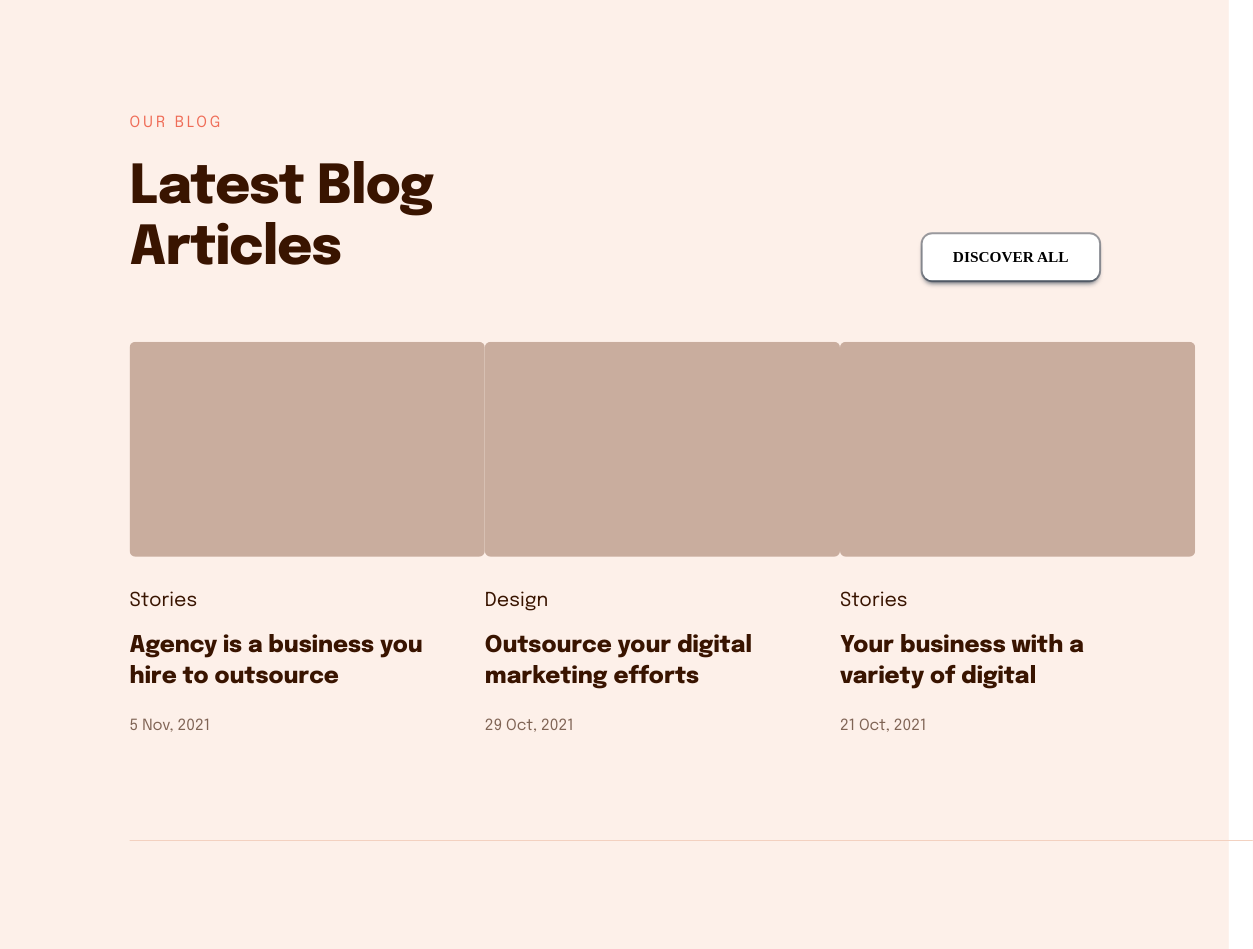
Repository: AytacJafarova/blog
Page: index.html
An editor plug-in stored every save of this project. The page is shown before and after the next save, followed by the edit.
The browser window is 1280 px wide. The page is 1305 px wide, so the pictures cover 1305 px, including what lies to the right of the window. The pictures show the whole page, at 96% of full size.

Above is the page before, as saved 2023-08-03 13:52:50.

### index.html
<!DOCTYPE html>
<html lang="en">

<head>
    <meta charset="UTF-8">
    <meta name="viewport" content="width=device-width, initial-scale=1.0">
    <title>Document</title>
    <link rel="stylesheet" href="./index.css">
</head>
<body>
    <div class="container">
        <div class="blog">
            <div class="box1">
                <h1>Our Blog</h1>
                <h2>Latest Blog Articles</h2>
            </div>
            <div class="box2">
                <div class="button">
                    <!-- <img src="./images/Portfolio_Responsive_Template_from_Laaqiq (Copy).zip" alt=""> -->
                    <a href="#" class="button">DISCOVER ALL</a>
                </div>
            </div>
        </div>
        <div class="about-us">
            <div class="stories">
                <img src="./images/overlay.svg" alt="">
                <h1>Stories</h1>
                <p>Agency is a business you hire to outsource</p>
                <p class="nov-5">5 Nov, 2021</p>
            </div>
            <div class="design">
                <img src="./images/overlay.svg" alt="">
                <h1>Design</h1>
                <p>Outsource your digital marketing efforts</p>
                <p class="nov-5">29 Oct, 2021</p>
            </div>
            <div class="marketing">
                <img src="./images/overlay.svg" alt="">
                <h1>Stories</h1>
                <p>Your business with a variety of digital</p>
                <p class="nov-5">21 Oct, 2021</p>
            </div>
        </div>
        <div class="border"></div>

    </div>
</body>

</html>

### index.css
@import url('https://fonts.googleapis.com/css2?family=Epilogue:wght@400;800&display=swap');
* {
    padding: 0;
    margin: 0;
    box-sizing: border-box;
}

.container {
    padding: 112px 135px 113px 135px;
    background: #FDF0E9;
}

.blog {
    display: flex;
    justify-content: space-between;
}

.blog .box1 {
    width: 500px;
}

.blog .box1 h1 {
    color: var(--text-dark-accent, #EF6D58);
    font-feature-settings: 'clig' off, 'liga' off;
    font-family: Epilogue;
    font-size: 16px;
    font-style: normal;
    font-weight: 400;
    line-height: 32px;
    letter-spacing: 3px;
    text-transform: uppercase;
}

.blog .box1 h2 {
    color: var(--text-dark, #391400);
    font-feature-settings: 'clig' off, 'liga' off;
    font-family: Epilogue;
    font-size: 56px;
    font-style: normal;
    font-weight: 800;
    line-height: 64px;
    letter-spacing: -1px;
    margin-top: 20px;
}

.blog .box2 {
    margin-top: auto;
}

.blog .box2 .button a {
    background-color: white;
    border: none;
    border-radius: 10px;
    color: black;
    padding: 15px 32px;
    text-align: center;
    text-decoration: none;
    display: inline-block;
    font-size: 16px;
    font-weight: bold;
    box-shadow: rgba(6, 24, 44, 0.4) 0px 0px 0px 2px, rgba(6, 24, 44, 0.65) 0px 4px 6px -1px, rgba(255, 255, 255, 0.08) 0px 1px 0px inset;
}

.about-us {
    margin-top: 64px;
    display: flex;
    justify-content: space-between;
}

.about-us img {
    width: 370px;
    height: 224px;
    flex-shrink: 0;
    border-radius: 6px;
    opacity: 0.3181;
    background: #5C2000;
}

.about-us h1 {
    color: var(--text-dark, #391400);
    font-feature-settings: 'clig' off, 'liga' off;
    font-family: Epilogue;
    font-size: 20px;
    font-style: normal;
    font-weight: 400;
    line-height: 32px;
    margin-top: 26px;
}

.about-us p {
    width: 338px;
    height: 68px;
    flex-shrink: 0;
    color: var(--text-dark, #391400);
    font-feature-settings: 'clig' off, 'liga' off;
    font-family: Epilogue;
    font-size: 24px;
    font-style: normal;
    font-weight: 700;
    line-height: 32px;
    margin-top: 15px;
}

.about-us .nov-5 {
    color: var(--text-dark-gray, rgba(57, 20, 0, 0.64));
    font-feature-settings: 'clig' off, 'liga' off;
    font-family: Epilogue;
    font-size: 16px;
    font-style: normal;
    font-weight: 400;
    line-height: 32px;
    margin-top: 15px;
}

.container .border {
    width: 1170px;
    height: 1px;
    flex-shrink: 0;
    background: #F3D1BF;
    margin-top: 67px;
}

.email {
    display: flex;
    margin-top: 60px;
}

.email .h1-box h1 {
    color: var(--text-dark, #391400);
    font-feature-settings: 'clig' off, 'liga' off;
    font-family: Epilogue;
    font-size: 40px;
    font-style: normal;
    font-weight: 800;
    line-height: 48px;
}

After the next save:
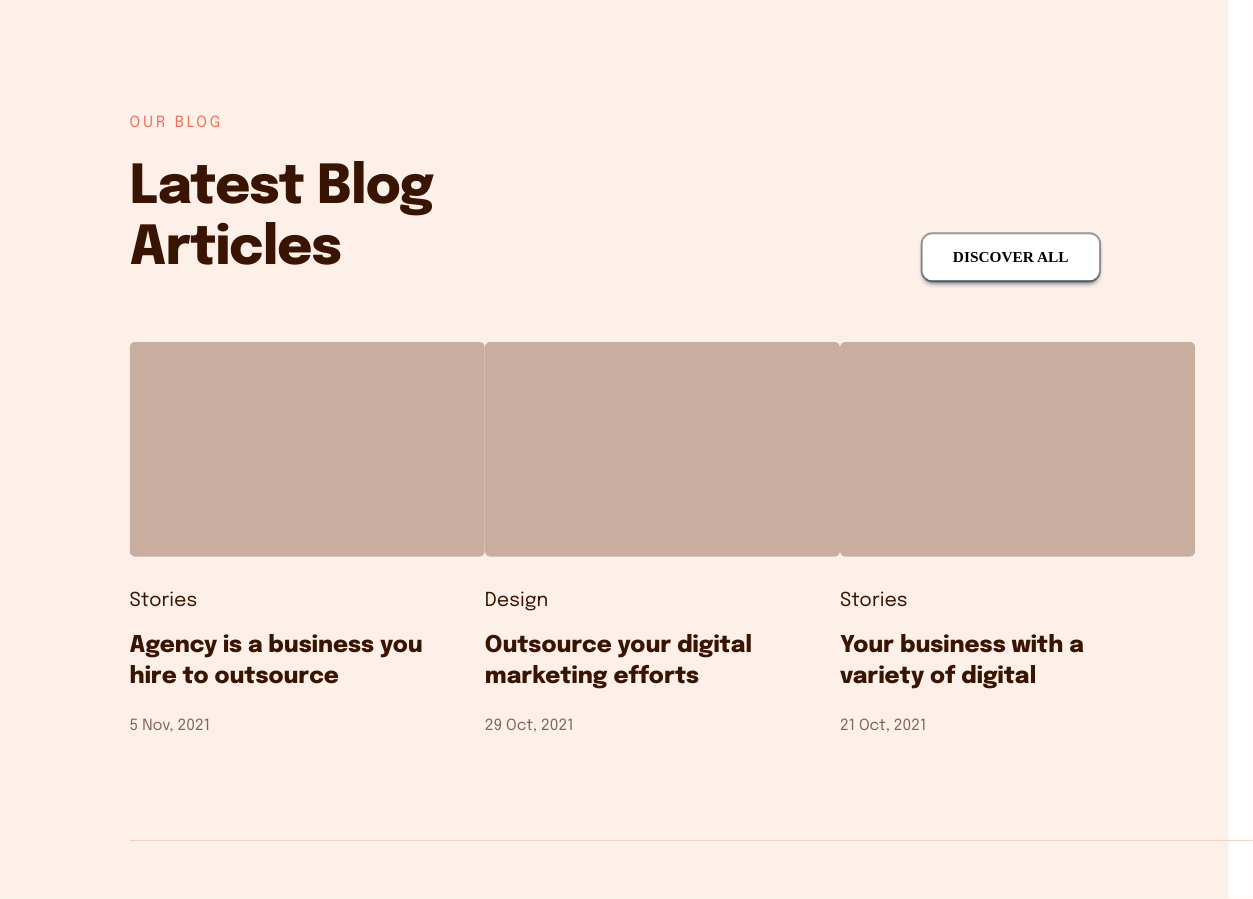
Saved 41 s later.
--- a/index.css
+++ b/index.css
@@ -6,7 +6,7 @@
 }
 
 .container {
-    padding: 112px 135px 113px 135px;
+    padding: 112px 135px 60px 135px;
     background: #FDF0E9;
 }
 
